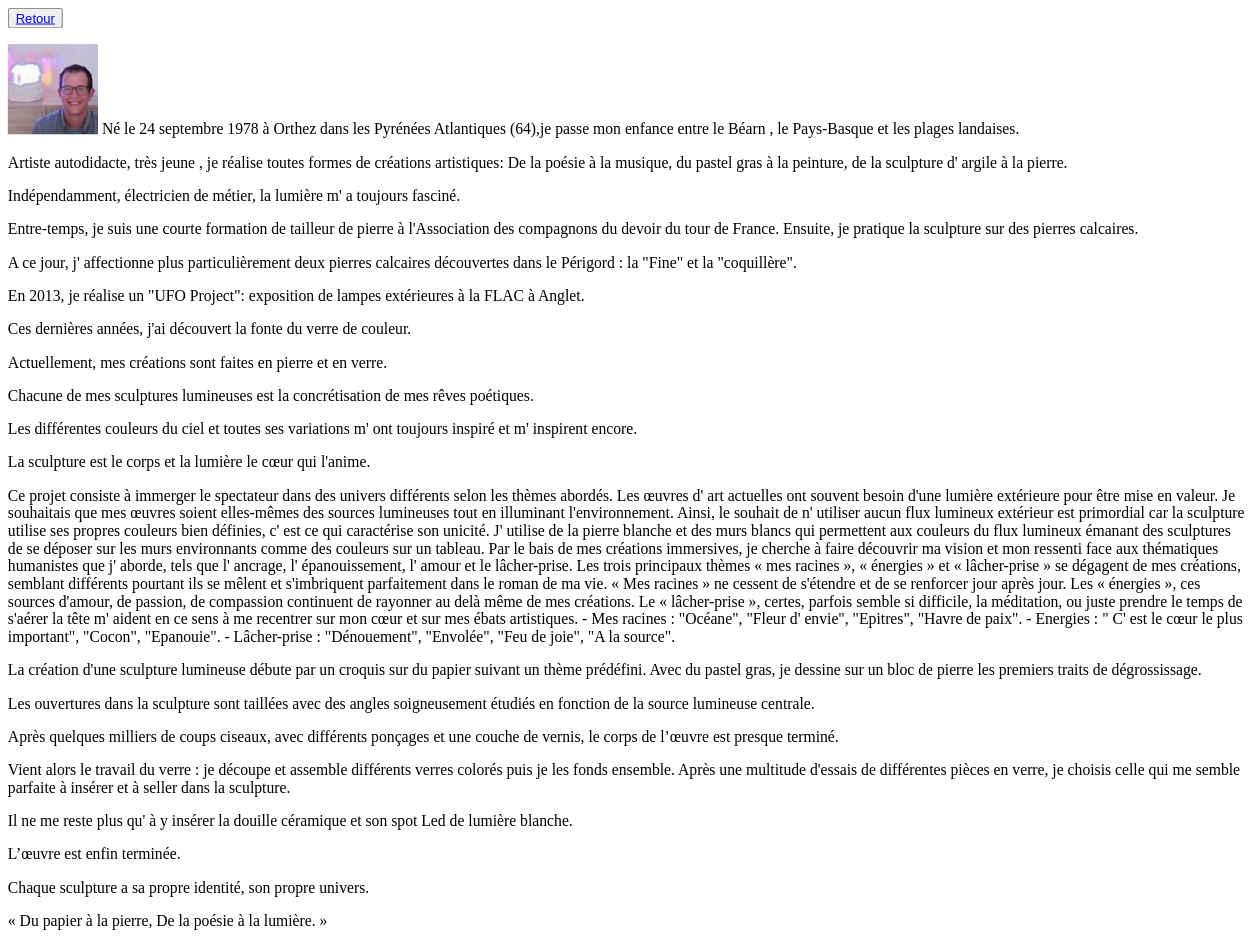
Repository: lysianebo/EricBidart
Page: presentation_more.html
These files come from the project's save history. The page is drawn as it stood at one moment and after the next save; the edit follows.
The browser window is 1280 px wide. The pictures show the whole page, at 98% of full size.

Above is the page before, as saved 2023-10-29 07:37:09.

### presentation_more.html
<!DOCTYPE html>
<html lang="en">
<head>
    <meta charset="UTF-8">
    <meta name="viewport" content="width=device-width, initial-scale=1.0">
    <title>Document</title>
    <link rel="stylesheet" href="public/css/style.css">
</head>
<body>
    <button class="back-button"><a href="presentation.html">Retour</a></button>
    <div class="hidden" id="presentation-content">
        <p class="text"><img src="public/images/happy_moi.jpeg" alt=""> Né le 24 septembre 1978 à Orthez dans les Pyrénées Atlantiques (64),je passe mon enfance entre le Béarn , le Pays-Basque et les plages landaises.</p>
        <p> Artiste autodidacte, très jeune , je réalise toutes formes de créations artistiques: De la poésie à la musique, du pastel gras à la peinture, de la sculpture d' argile à la pierre.</p>
        <p> Indépendamment, électricien de métier, la lumière m' a toujours fasciné.</p>
        <p> Entre-temps, je suis une courte formation de tailleur de pierre à l'Association des compagnons du devoir du
            tour de France. Ensuite, je pratique la sculpture sur des pierres calcaires.</p>
        <p> A ce jour, j' affectionne plus particulièrement deux pierres calcaires découvertes dans le Périgord : la
            "Fine" et la "coquillère".</p>
        <p> En 2013, je réalise un "UFO Project": exposition de lampes extérieures à la FLAC à Anglet.</p>
        <p> Ces dernières années, j'ai découvert la fonte du verre de couleur.</p>
        <p> Actuellement, mes créations sont faites en pierre et en verre.</p>
        <p>Chacune de mes sculptures lumineuses est la concrétisation de mes rêves poétiques.</p>
    </div>
    <div class="hidden" id="demarche-content">
        <p>Les différentes couleurs du ciel et toutes ses variations m' ont toujours inspiré et m' inspirent encore.

            <p>La sculpture est le corps et la lumière le cœur qui l'anime.</p>
            Ce projet consiste à immerger le spectateur dans des univers différents selon les thèmes abordés.

            Les œuvres d' art actuelles ont souvent besoin d'une lumière extérieure pour être mise en valeur.

            Je souhaitais que mes œuvres soient elles-mêmes des sources lumineuses tout en illuminant l'environnement.

            Ainsi, le souhait de n' utiliser aucun flux lumineux extérieur est primordial car la sculpture utilise ses
            propres couleurs bien définies, c' est ce qui caractérise son unicité.



            J' utilise de la pierre blanche et des murs blancs qui permettent aux couleurs du flux lumineux émanant des
            sculptures de se déposer sur les murs environnants comme des couleurs sur un tableau.

            Par le bais de mes créations immersives, je cherche à faire découvrir ma vision et mon ressenti face aux
            thématiques humanistes que j' aborde, tels que l' ancrage, l' épanouissement, l' amour et le lâcher-prise.



            Les trois principaux thèmes « mes racines », « énergies » et « lâcher-prise » se dégagent de mes créations,
            semblant différents pourtant ils se mêlent et s'imbriquent parfaitement dans le roman de ma vie.

            « Mes racines » ne cessent de s'étendre et de se renforcer jour après jour.

            Les « énergies », ces sources d'amour, de passion, de compassion continuent de rayonner au delà même de mes
            créations.

            Le « lâcher-prise », certes, parfois semble si difficile, la méditation, ou juste prendre le temps de s'aérer la
            tête m' aident en ce sens à me recentrer sur mon cœur et sur mes ébats artistiques.

            - Mes racines : "Océane", "Fleur d' envie", "Epitres", "Havre de paix".

            - Energies : " C' est le cœur le plus important", "Cocon", "Epanouie".

            - Lâcher-prise : "Dénouement", "Envolée", "Feu de joie", "A la source".

        </p>
    </div>
    <div class="hidden"
        id="technique-content">
        <p>La création d'une sculpture lumineuse débute par un croquis sur du papier suivant un thème prédéfini. Avec du
            pastel gras, je dessine sur un bloc de pierre les premiers traits de dégrossissage. </p>
        <p>Les ouvertures dans la sculpture sont taillées avec des angles soigneusement étudiés en fonction de la source
            lumineuse centrale.</p>
        <p>Après quelques milliers de coups ciseaux, avec différents ponçages et une couche de vernis,
            le corps de l’œuvre est presque terminé.</p>
        <p> Vient alors le travail du verre : je découpe et assemble différents verres colorés puis je les fonds ensemble.
            Après une multitude d'essais de différentes pièces en verre, je choisis celle qui me semble parfaite à insérer
            et à seller dans la sculpture.</p>
        <p>Il ne me reste plus qu' à y insérer la douille céramique et son spot Led de lumière blanche.</p>
        </p>
        <p> L’œuvre est enfin terminée.</p>


        <p> Chaque sculpture a sa propre identité, son propre univers.</p>

        <p> « Du papier à la pierre, De la poésie à la lumière. »</p>
    </div>

    </div>
</body>
</html>

### public/css/style.css
/* @import url("https://fonts.googleapis.com/css2?family=Belanosima:wght@400;700&family=Noto+Sans&family=Outfit&family=Rubik:wght@400;500;700&display=swap"); */
/*# sourceMappingURL=style.css.map */

After the next save:
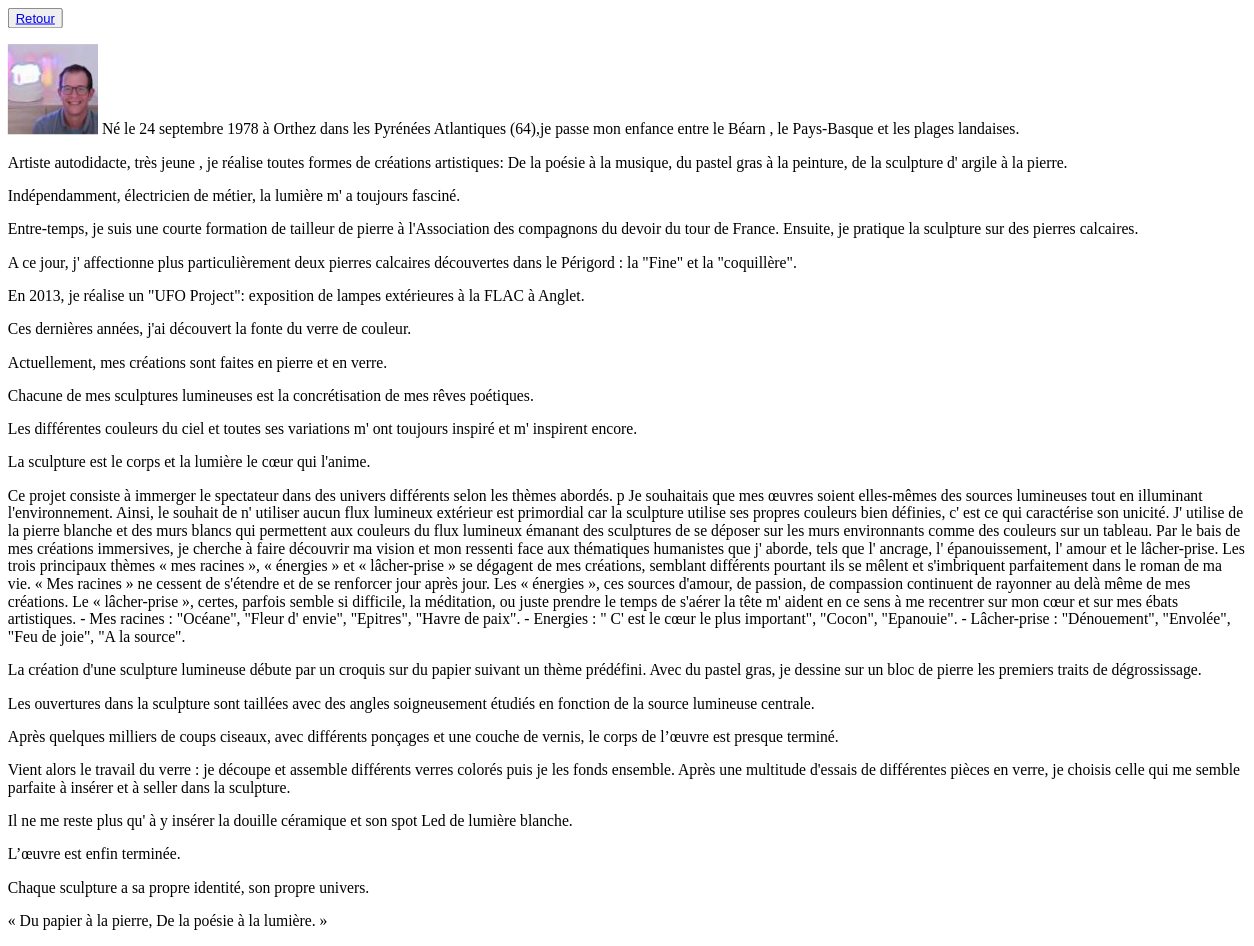
Saved 49 s later.
--- a/presentation_more.html
+++ b/presentation_more.html
@@ -27,8 +27,7 @@
             <p>La sculpture est le corps et la lumière le cœur qui l'anime.</p>
             Ce projet consiste à immerger le spectateur dans des univers différents selon les thèmes abordés.
 
-            Les œuvres d' art actuelles ont souvent besoin d'une lumière extérieure pour être mise en valeur.
-
+p
             Je souhaitais que mes œuvres soient elles-mêmes des sources lumineuses tout en illuminant l'environnement.
 
             Ainsi, le souhait de n' utiliser aucun flux lumineux extérieur est primordial car la sculpture utilise ses
